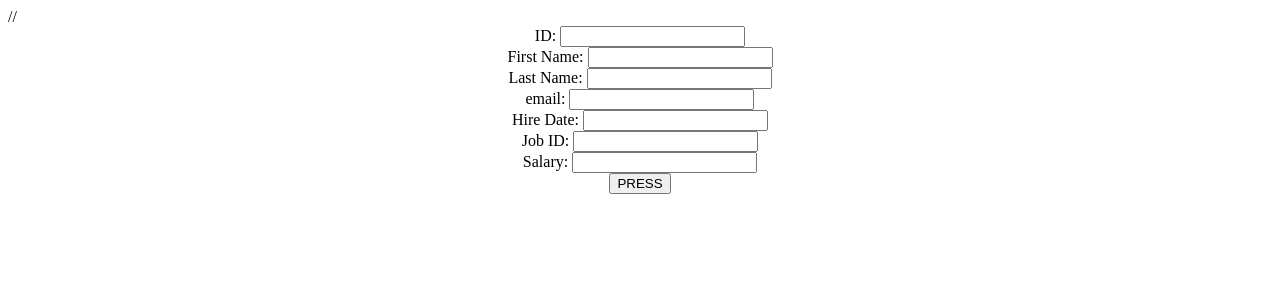
Repository: poobalan5397/corejava
Page: firstWebsite/src/main/webapp/Updateemployee.html
The author's editor kept a copy of each file at every save. The page is drawn from the files as they stood at one save, then again after the next save.
The browser window is 1280 px wide. The pictures show the whole page.

Above is the page before, as saved 2022-05-21 18:39:18.

### firstWebsite/src/main/webapp/Updateemployee.html
//<!DOCTYPE html>
<html>
<head>
<meta charset="ISO-8859-1">
<title>update</title>
</head>
<body>
<form action="Employees" method="PUT"><!-- -need  to mention methodpost-->
		<center>
			ID: <input type='text' name='id' ><br><!--  -->
			<div>
			</div>
			First Name: <input type='text' name='fname' ><br>
			<div>
			</div>
			Last Name: <input type='text' name='lname' ><br>
			<div>
			</div>
			email: <input type='text' name='email' ><br>
			<div>
			</div>
			Hire Date: <input type='text' name='hdate' ><br>
			<div>
			</div>
			Job ID: <input type='text' name='jobid' ><br>
			<div>
			</div>
			Salary: <input type='text' name='salary' ><br>
			<div>
			</div>
			<input type=submit value='PRESS'><!-- on submit a Http request  -->
		</center>
		</form>
</body>
</html>

After the next save:
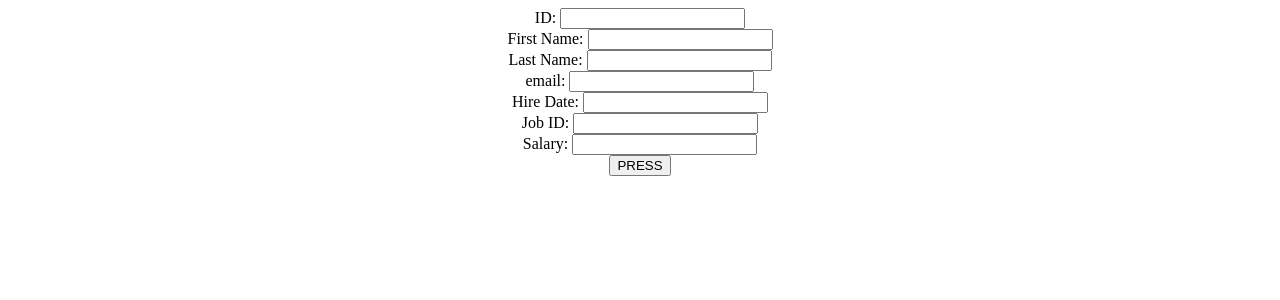
Saved 23 min 0 s later.
--- a/firstWebsite/src/main/webapp/Updateemployee.html
+++ b/firstWebsite/src/main/webapp/Updateemployee.html
@@ -1,4 +1,4 @@
-//<!DOCTYPE html>
+<!DOCTYPE html>
 <html>
 <head>
 <meta charset="ISO-8859-1">
